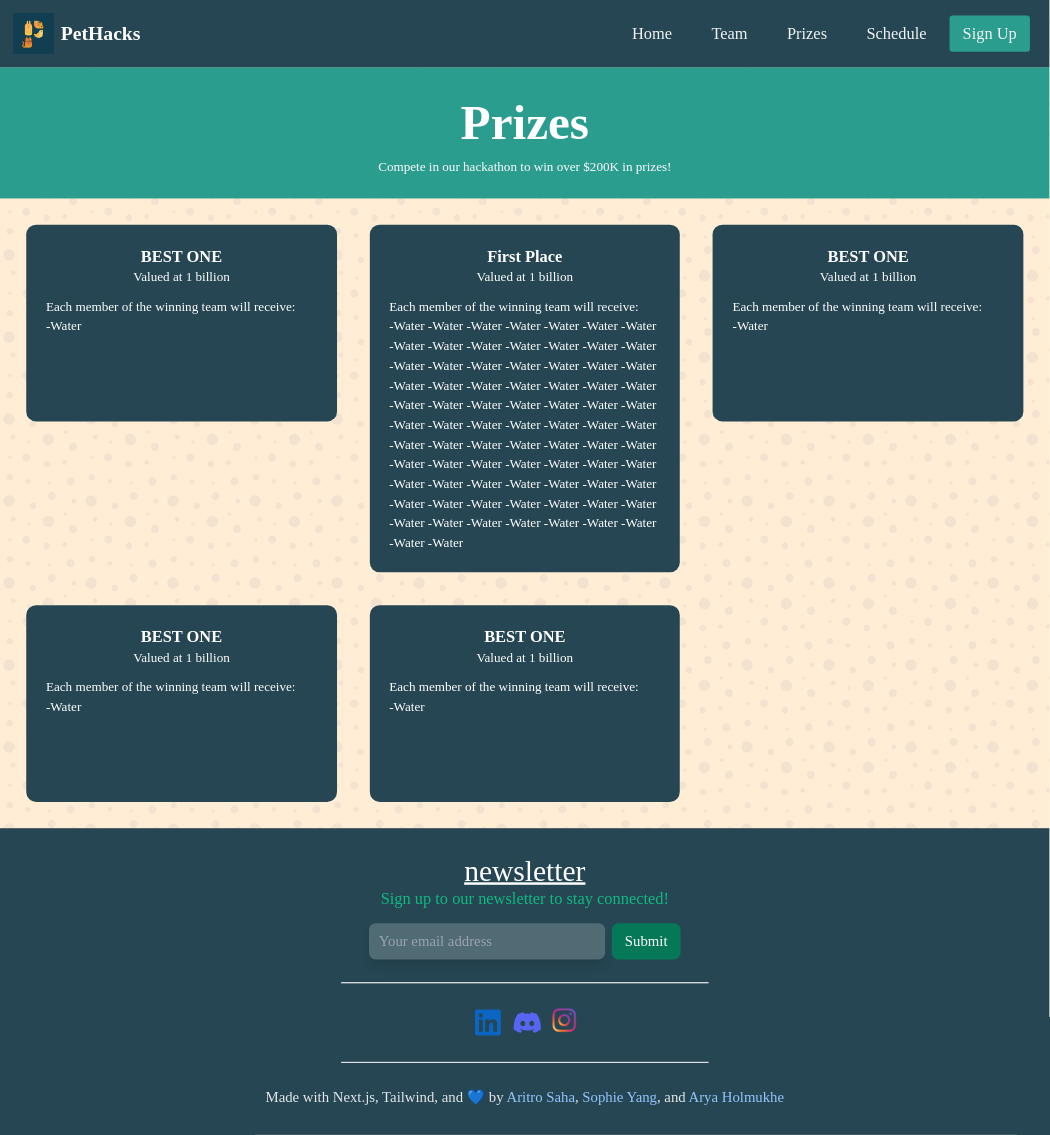
Repository: AritroSaha10/pethacks-website
Page: /prizes
An editor plug-in stored every save of this project. The page is shown before and after the next save, followed by the edit.
The browser window is 1280 px wide. The pictures show the whole page, at 82% of full size.
Some web fonts or font styles are not loaded; a fallback is used. The project was rebuilt for these pictures with package versions that can differ from the ones it lists, and the page was loaded fresh each time. The framework's server and built-in components were replaced by stand-ins that run in the browser. Also part of the build but not shown: next.config.js.

Above is the page before, as saved 2022-09-10 09:55:42.

After the next save:
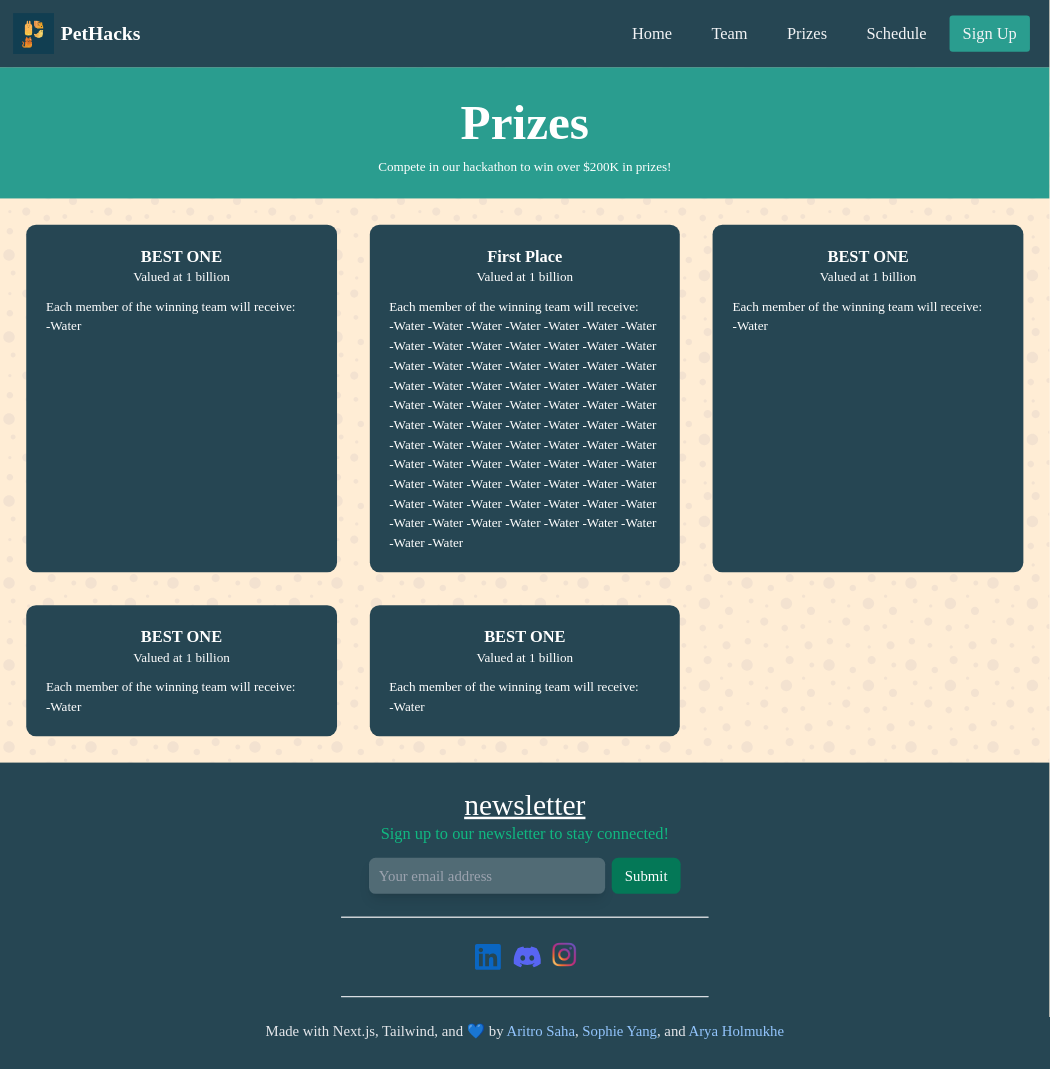
Saved 11 s later.
--- a/components/Prizes/Card.tsx
+++ b/components/Prizes/Card.tsx
@@ -4,7 +4,7 @@ import React from 'react';
 export default function Card ({title, valuation, info}: {title: string, valuation: string, info: string}) {
 
     return (
-        <div className="col-span-1 h-60 min-h-min p-6 m-5 bg-pet-teal rounded-xl  text-white" >
+        <div className="col-span-1 min-h-min p-6 m-5 bg-pet-teal rounded-xl  text-white" >
             <div className="text-center">
                 <h1 className="text-xl font-bold">{title}</h1>
                 <p className="pb-3">Valued at {valuation}</p>
